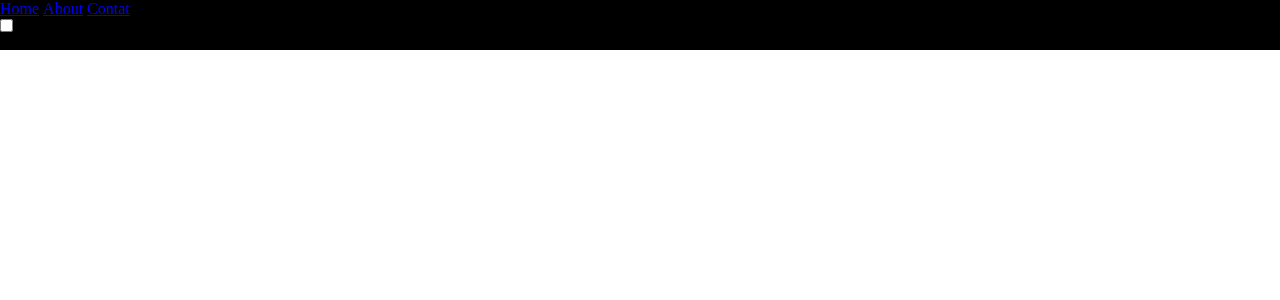
Repository: imokha01/toggleNavBar
Page: index.html
The author's editor kept a copy of each file at every save. The page is drawn from the files as they stood at one save, then again after a run of saves.
The browser window is 1280 px wide. The pictures show the whole page.

Above is the page before, as saved 2023-12-26 22:10:54.

### index.html
<!DOCTYPE html>
<html lang="en">
<head>
    <meta charset="UTF-8">
    <meta name="viewport" content="width=device-width, initial-scale=1.0">
    <title>Toggle Nav Bar</title>
    <link rel="stylesheet" href="style.css">
</head>
<body>
    <header class="header">
        <div class="header__content">
            <nav class="header__content__navbar">
                <li class="header__content__navbar__list">
                    <a href="#" class="header__content__navbar__link">Home</a>
                </li>
                <li class="header__content__navbar__list">
                    <a href="#" class="header__content__navbar__link">About</a>
                </li>
                <li class="header__content__navbar__list">
                    <a href="#" class="header__content__navbar__link">Contat</a>
                </li>
            </nav>
            <input type="checkbox" class="checkbox toggle-triger">
        </div>

    </header>
</body>
</html>

### style.css
*{
    margin: 0;
    padding: 0;
    box-sizing: border-box;
}

.header {
    height: 20px;
    background: #000;
    height: 50px;

}


.header__content__navbar__list {
    display: inline;
    text-decoration: none;
    list-style-type: none;
}

.header__content__navbar__link{

}

After the next 2 saves:
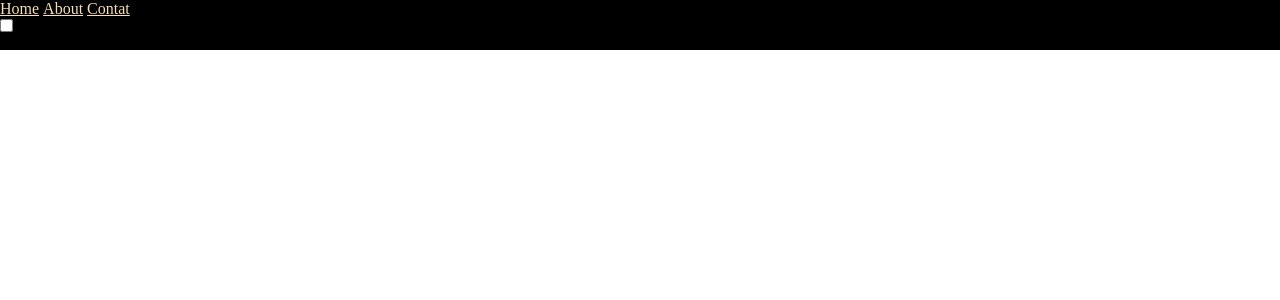
The 2 saves are shown as one change because they came seconds apart.
The last was saved 10 s later.
--- a/style.css
+++ b/style.css
@@ -19,5 +19,5 @@
 }
 
 .header__content__navbar__link{
-
+    color: wheat
 }
